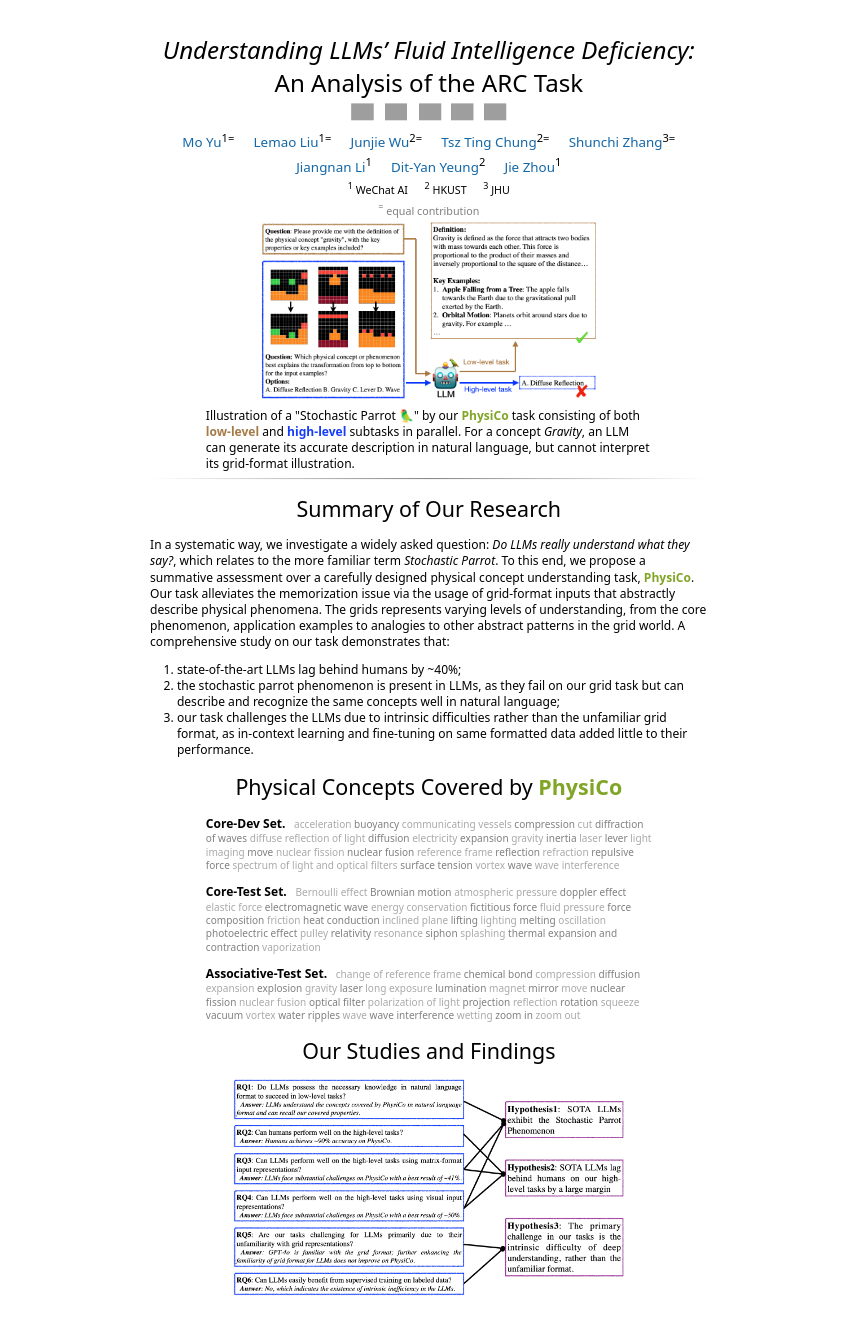
Repository: wujunjie1998/araoc-benchmark.github.io
Page: index.html
An editor plug-in stored every save of this project. The page is shown before and after the next save, followed by the edit.
The browser window is 1280 px wide. The pictures show the whole page, at 67% of full size.
Pictures or frames that could not be fetched are drawn as grey boxes.

Above is the page before, as saved 2025-02-07 21:01:55.

### index.html
<html>
  <head>
    <title>
      Understanding LLMs’ Fluid Intelligence Deficiency: An Analysis of the ARC Task
    </title>
    <link
      rel="icon"
      href="data:[embedded picture, 137 characters]"
    />
    <meta charset="UTF-8" />
    <meta name="viewport" content="width=device-width, initial-scale=1" />
    <link rel="stylesheet" href="./css/index.css" />
  </head>

  <body>
    <div class="header">
      <div class="paper-title">
        <i>Understanding LLMs’ Fluid Intelligence Deficiency:</i>
        <br />
        An Analysis of the ARC Task
      </div>
      <div>
        <!-- * Paper -->
        <span class="link-block">
          <a target="_blank" href="./paper.pdf"
            ><img
              class="badge"
              src="https://img.shields.io/badge/Paper-PDF-red?&labelColor=lightgray&logo=arxiv&logoColor=brown" /><img
          /></a>
        </span>
        <!-- * Dataset -->
        <span class="link-block">
          <a
            target="_blank"
            href="https://huggingface.co/datasets/ShunchiZhang/PhysiCo/"
            ><img
              class="badge"
              src="https://img.shields.io/badge/HuggingFace-Dataset-yellow?labelColor=lightgray&logo=huggingface" /><img
          /></a>
        </span>
        <!-- * Code -->
        <span class="link-block">
          <a target="_blank" href="https://github.com/physico-benchmark/physico"
            ><img
              class="badge"
              src="https://img.shields.io/badge/GitHub-Code-gray?labelColor=lightgray&logo=github&logoColor=gray" /><img /></a
        ></span>
        <!-- * Leaderboard -->
        <span class="link-block">
          <a href="./leaderboard.html"
            ><img
              class="badge"
              src="https://img.shields.io/badge/Leaderboard-Visit-blue?labelColor=lightgray&logo=stackblitz&logoColor=367BAF" /><img /></a
        ></span>
        <!-- * X Threads -->
        <span class="link-block">
          <a href="https://x.com/jieeijjie/status/1876713099752861782"
            ><img
              class="badge"
              src="https://img.shields.io/badge/Threads-black?labelColor=lightgray&logo=x&logoColor=gray" /><img /></a
        ></span>
      </div>
      <div>
        <div class="author-list">
          <span class="author-block"
            ><a href="https://sites.google.com/site/moyunlp/">Mo Yu</a
            ><sup>1=</sup></span
          >
          <span class="author-block"
            ><a href="https://lemaoliu.github.io/homepage/">Lemao Liu</a
            ><sup>1=</sup></span
          >
          <span class="author-block"
            ><a href="https://wujunjie1998.github.io/">Junjie Wu</a
            ><sup>2=</sup></span
          >
          <span class="author-block"
            ><a href="https://ttchungc.github.io/">Tsz Ting Chung</a
            ><sup>2=</sup></span
          >
          <span class="author-block"
            ><a href="https://shunchizhang.github.io">Shunchi Zhang</a
            ><sup>3=</sup></span
          >
        </div>
        <div class="author-list">
          <span class="author-block"
            ><a href="https://openreview.net/profile?id=~Jiangnan_Li2"
              >Jiangnan Li</a
            ><sup>1</sup></span
          >
          <span class="author-block"
            ><a href="https://sites.google.com/view/dyyeung">Dit-Yan Yeung</a
            ><sup>2</sup></span
          >
          <span class="author-block"
            ><a href="https://openreview.net/profile?id=~Jie_Zhou8">Jie Zhou</a
            ><sup>1</sup></span
          >
        </div>
        <div class="inst-list">
          <span class="institution-block"><sup>1</sup> WeChat AI</span>
          <span class="institution-block"><sup>2</sup> HKUST</span>
          <span class="institution-block"><sup>3</sup> JHU</span>
        </div>
        <div class="note-block"><sup>=</sup> equal contribution</div>
      </div>
    </div>

    <div class="teaser">
      <center>
        <img src="./img/teaser.png" />
        <figcaption>
          Illustration of a "Stochastic Parrot 🦜" by our
          <span class="dataset-name">PhysiCo</span> task consisting of both
          <b style="color: #a47b48">low-level</b> and
          <b style="color: #153cf9">high-level</b> subtasks in parallel. For a
          concept <i>Gravity</i>, an LLM can generate its accurate description
          in natural language, but cannot interpret its grid-format
          illustration.
        </figcaption>
      </center>
    </div>

    <hr />

    <!-- ^ Summary of Our Research -->
    <center><h1>Summary of Our Research</h1></center>
    <div class="content">
      <!-- <p style="font-size: large; text-align: center">
        <b>TL;DR:</b>
      </p> -->
      <p>
        In a systematic way, we investigate a widely asked question:
        <i>Do LLMs really understand what they say?</i>, which relates to the
        more familiar term <i>Stochastic Parrot</i>. To this end, we propose a
        summative assessment over a carefully designed physical concept
        understanding task, <span class="dataset-name">PhysiCo</span>. Our task
        alleviates the memorization issue via the usage of grid-format inputs
        that abstractly describe physical phenomena. The grids represents
        varying levels of understanding, from the core phenomenon, application
        examples to analogies to other abstract patterns in the grid world. A
        comprehensive study on our task demonstrates that:
      </p>
      <ol>
        <li>state-of-the-art LLMs lag behind humans by ~40%;</li>
        <li>
          the stochastic parrot phenomenon is present in LLMs, as they fail on
          our grid task but can describe and recognize the same concepts well in
          natural language;
        </li>
        <li>
          our task challenges the LLMs due to intrinsic difficulties rather than
          the unfamiliar grid format, as in-context learning and fine-tuning on
          same formatted data added little to their performance.
        </li>
      </ol>
    </div>

    <!-- ^ Physical Concepts Covered by `PhysiCo` -->
    <center>
      <h1>
        Physical Concepts Covered by <span class="dataset-name">PhysiCo</span>
      </h1>
    </center>
    <div class="content narrower">
      <p>
        <strong>Core-Dev Set.</strong>&ensp;<span style="font-size: smaller">
          <span style="color: darkgray">acceleration</span>
          <span style="color: gray">buoyancy</span>
          <span style="color: darkgray">communicating vessels</span>
          <span style="color: gray">compression</span>
          <span style="color: darkgray">cut</span>
          <span style="color: gray">diffraction of waves</span>
          <span style="color: darkgray">diffuse reflection of light</span>
          <span style="color: gray">diffusion</span>
          <span style="color: darkgray">electricity</span>
          <span style="color: gray">expansion</span>
          <span style="color: darkgray">gravity</span>
          <span style="color: gray">inertia</span>
          <span style="color: darkgray">laser</span>
          <span style="color: gray">lever</span>
          <span style="color: darkgray">light imaging</span>
          <span style="color: gray">move</span>
          <span style="color: darkgray">nuclear fission</span>
          <span style="color: gray">nuclear fusion</span>
          <span style="color: darkgray">reference frame</span>
          <span style="color: gray">reflection</span>
          <span style="color: darkgray">refraction</span>
          <span style="color: gray">repulsive force</span>
          <span style="color: darkgray"
            >spectrum of light and optical filters</span
          >
          <span style="color: gray">surface tension</span>
          <span style="color: darkgray">vortex</span>
          <span style="color: gray">wave</span>
          <span style="color: darkgray">wave interference</span></span
        >
      </p>
      <p>
        <strong>Core-Test Set.</strong>&ensp;<span style="font-size: smaller">
          <span style="color: darkgray">Bernoulli effect</span>
          <span style="color: gray">Brownian motion</span>
          <span style="color: darkgray">atmospheric pressure</span>
          <span style="color: gray">doppler effect</span>
          <span style="color: darkgray">elastic force</span>
          <span style="color: gray">electromagnetic wave</span>
          <span style="color: darkgray">energy conservation</span>
          <span style="color: gray">fictitious force</span>
          <span style="color: darkgray">fluid pressure</span>
          <span style="color: gray">force composition</span>
          <span style="color: darkgray">friction</span>
          <span style="color: gray">heat conduction</span>
          <span style="color: darkgray">inclined plane</span>
          <span style="color: gray">lifting</span>
          <span style="color: darkgray">lighting</span>
          <span style="color: gray">melting</span>
          <span style="color: darkgray">oscillation</span>
          <span style="color: gray">photoelectric effect</span>
          <span style="color: darkgray">pulley</span>
          <span style="color: gray">relativity</span>
          <span style="color: darkgray">resonance</span>
          <span style="color: gray">siphon</span>
          <span style="color: darkgray">splashing</span>
          <span style="color: gray">thermal expansion and contraction</span>
          <span style="color: darkgray">vaporization</span></span
        >
      </p>
      <p>
        <strong>Associative-Test Set.</strong>&ensp;<span
          style="font-size: smaller"
        >
          <span style="color: darkgray">change of reference frame</span>
          <span style="color: gray">chemical bond</span>
          <span style="color: darkgray">compression</span>
          <span style="color: gray">diffusion</span>
          <span style="color: darkgray">expansion</span>
          <span style="color: gray">explosion</span>
          <span style="color: darkgray">gravity</span>
          <span style="color: gray">laser</span>
          <span style="color: darkgray">long exposure</span>
          <span style="color: gray">lumination</span>
          <span style="color: darkgray">magnet</span>
          <span style="color: gray">mirror</span>
          <span style="color: darkgray">move</span>
          <span style="color: gray">nuclear fission</span>
          <span style="color: darkgray">nuclear fusion</span>
          <span style="color: gray">optical filter</span>
          <span style="color: darkgray">polarization of light</span>
          <span style="color: gray">projection</span>
          <span style="color: darkgray">reflection</span>
          <span style="color: gray">rotation</span>
          <span style="color: darkgray">squeeze</span>
          <span style="color: gray">vacuum</span>
          <span style="color: darkgray">vortex</span>
          <span style="color: gray">water ripples</span>
          <span style="color: darkgray">wave</span>
          <span style="color: gray">wave interference</span>
          <span style="color: darkgray">wetting</span>
          <span style="color: gray">zoom in</span>
          <span style="color: darkgray">zoom out</span></span
        >
      </p>
    </div>

    <!-- ^ Our Studies and Findings -->
    <center><h1>Our Studies and Findings</h1></center>
    <div class="content">
      <!-- <p>Foo Bar</p> -->
      <center>
        <img src="./img/rq.png" width="70%" />
        <!-- <figcaption style="text-align: center">
          6 Research Questions (RQs) and 3 Hypotheses
        </figcaption> -->
      </center>
    </div>
  </body>
</html>

### css/index.css
@import url("https://fonts.googleapis.com/css2?family=Noto+Sans:ital,wght@0,100..900;1,100..900&display=swap");

body {
  font-family: "Noto Sans", sans-serif;
  font-optical-sizing: auto;
  font-style: normal;
  font-variation-settings: "wdth" 100;
  font-weight: 400;
  font-size: 18px;
  margin: 50px auto;
  width: 65%;
}

div.header,
div.teaser,
div.content {
  margin-left: auto;
  margin-right: auto;
}

div.narrower {
  width: 80% !important;
}

div.header div {
  margin: 6px;
  text-align: center;
}

div.teaser img {
  max-width: 60%;
}

.paper-title {
  font-size: 36px;
}

.author-block {
  font-size: 20px;
  margin: 0px 12px;
}

.institution-block {
  font-size: 16px;
  margin: 0px 10px;
}

.note-block {
  color: gray;
  font-size: 16px;
}

.link-block {
  font-size: 24px;
  font-weight: bold;
  margin: 0px 5px;
}

.badge {
  width: auto;
  height: 2vw;
}

.dataset-name {
  font-weight: bold;
  color: #81a526;
}

h1 {
  font-size: 32px;
  font-weight: 300;
}

.disclaimerbox {
  background-color: #eee;
  border: 1px solid #eeeeee;
  border-radius: 10px;
  -moz-border-radius: 10px;
  -webkit-border-radius: 10px;
  padding: 20px;
}

video.header-vid {
  height: 140px;
  border: 1px solid black;
  border-radius: 10px;
  -moz-border-radius: 10px;
  -webkit-border-radius: 10px;
}

figcaption {
  margin: 10px 0px;
  width: 80%;
  text-align: left;
}

img.header-img {
  height: 140px;
  border: 1px solid black;
  border-radius: 10px;
  -moz-border-radius: 10px;
  -webkit-border-radius: 10px;
}

img.rounded {
  border: 1px solid #eeeeee;
  border-radius: 10px;
  -moz-border-radius: 10px;
  -webkit-border-radius: 10px;
}

a:link,
a:visited {
  color: #1367a7;
  text-decoration: none;
}
a:hover {
  color: #208799;
}

td.dl-link {
  height: 160px;
  text-align: center;
  font-size: 22px;
}

.vert-cent {
  position: relative;
  top: 50%;
  transform: translateY(-50%);
}

hr {
  border: 0;
  height: 1px;
  background-image: linear-gradient(
    to right,
    rgba(0, 0, 0, 0),
    rgba(0, 0, 0, 0.75),
    rgba(0, 0, 0, 0)
  );
}

.citation {
  text-align: left;
  font-family: monospace;
  font-size: 8pt;
  text-wrap: auto;
}

@media screen and (max-width: 1120px) {
  body {
    font-size: 16px;
    width: 90%;
  }
  div.teaser img {
    max-width: 100%;
  }
  .paper-title {
    font-size: 26px;
  }
  .author-block,
  .institution-block,
  .note-block {
    font-size: 14px;
  }
  .link-block {
    font-size: 20px;
  }
  .badge {
    width: auto;
    height: 28px;
    margin-top: 3px;
    margin-bottom: 3px;
  }
  h1 {
    font-size: 26px;
  }
}

After the next save:
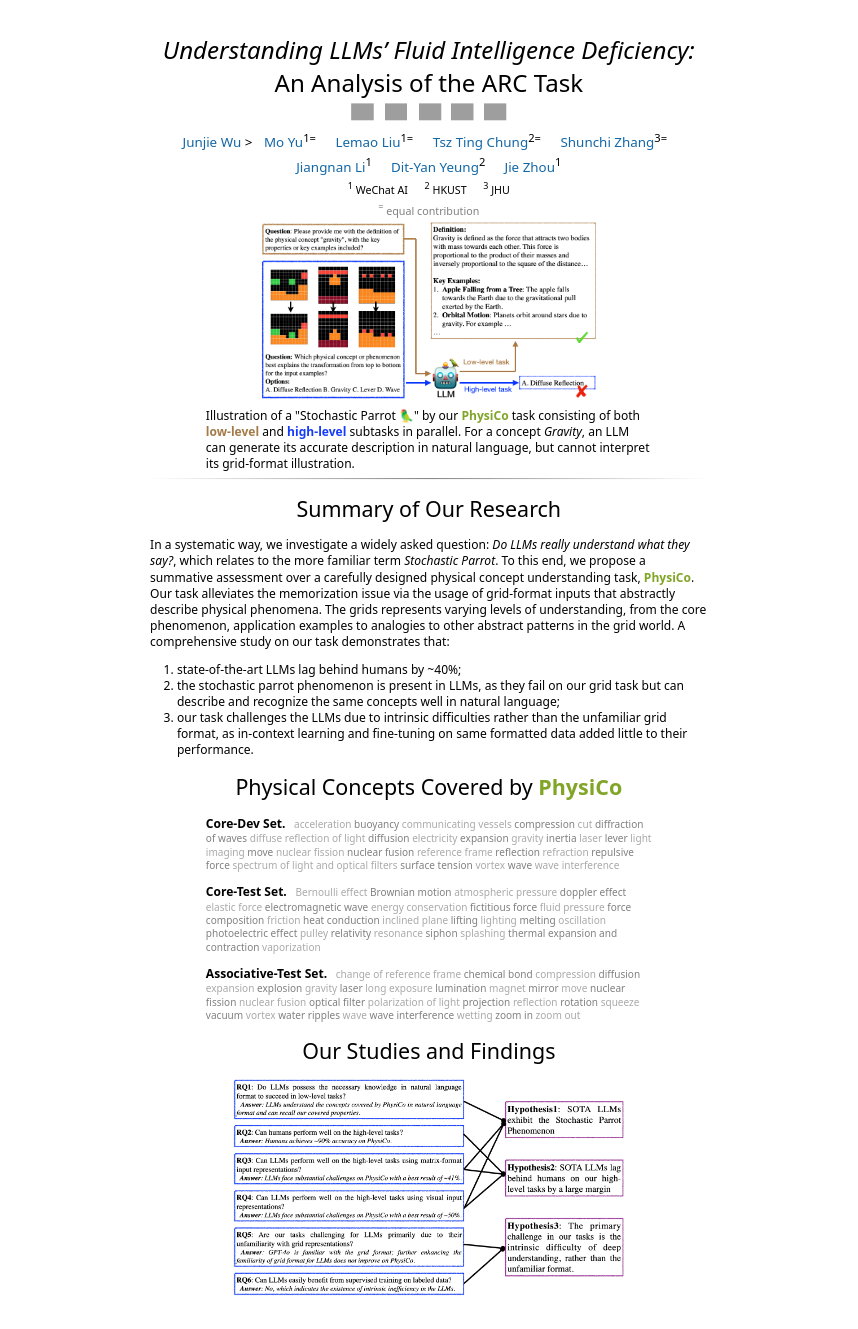
Saved 35 s later.
--- a/index.html
+++ b/index.html
@@ -63,16 +63,16 @@
       <div>
         <div class="author-list">
           <span class="author-block"
+            ><a href="https://wujunjie1998.github.io/">Junjie Wu</a
+            >
+          >
+          <span class="author-block"
             ><a href="https://sites.google.com/site/moyunlp/">Mo Yu</a
             ><sup>1=</sup></span
           >
           <span class="author-block"
             ><a href="https://lemaoliu.github.io/homepage/">Lemao Liu</a
             ><sup>1=</sup></span
-          >
-          <span class="author-block"
-            ><a href="https://wujunjie1998.github.io/">Junjie Wu</a
-            ><sup>2=</sup></span
           >
           <span class="author-block"
             ><a href="https://ttchungc.github.io/">Tsz Ting Chung</a
